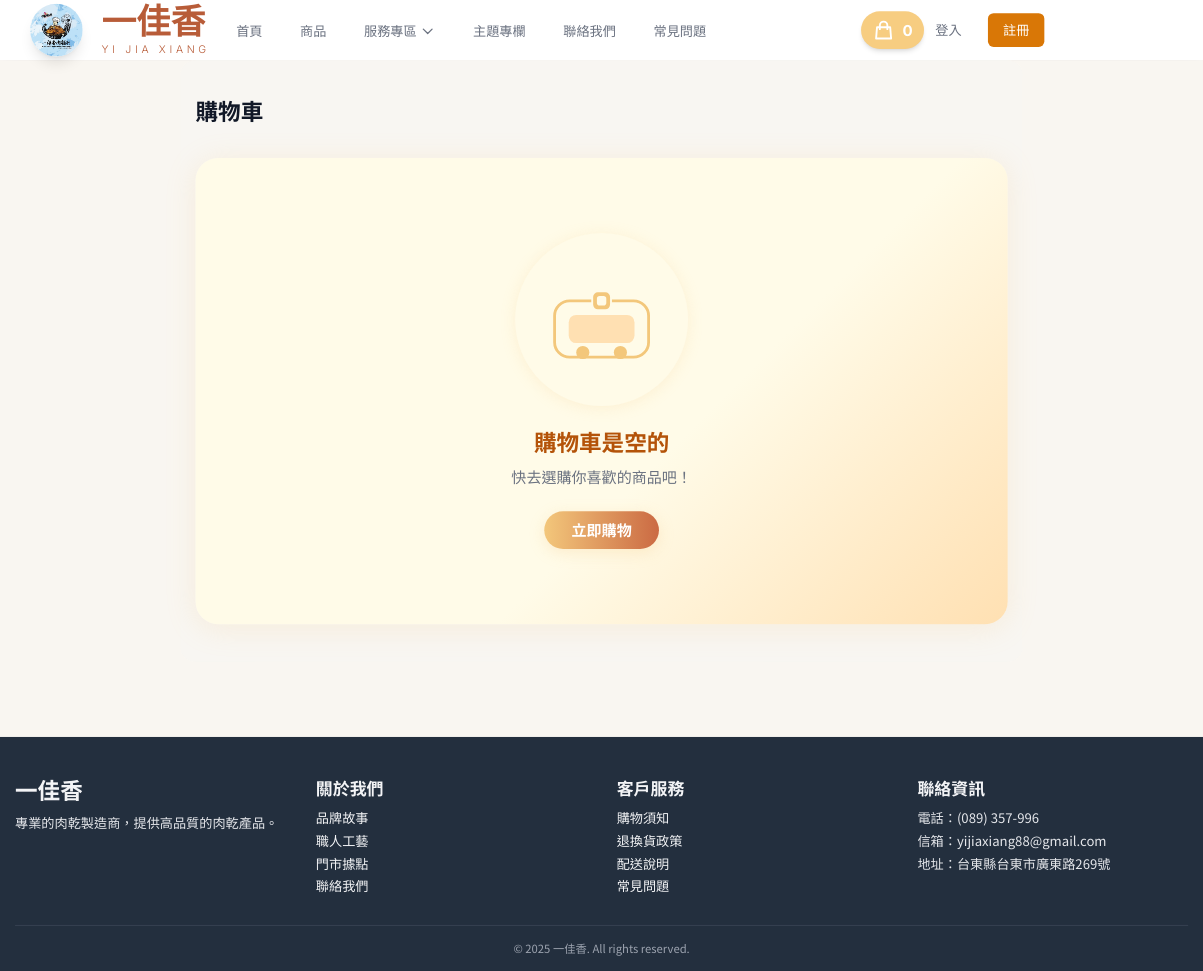
Repository: jack74387/YI-JIA-XIANG
Page: /cart (app in frontend/)
An editor plug-in stored every save of this project. The page is shown before and after the next save, followed by the edit.
The browser window is 1280 px wide. The pictures show the whole page, at 94% of full size.
The page's requests for data from a server got no answer. The project was rebuilt for these pictures with package versions that can differ from the ones it lists, and the page was loaded fresh each time. No one was signed in, and anything a server would have sent is missing. Also part of the build but not shown: frontend/vite.config.ts, frontend/src/components/ArticleBlock.vue, frontend/src/views/HomeView.vue, frontend/src/components/ProductImageGallery.vue, frontend/src/components/ProductInfo.vue, frontend/src/components/ProductTabs.vue, frontend/src/components/ProductAddToCartModal.vue, frontend/src/views/ProductDetailView.vue and 1 more.

Above is the page before, as saved 2025-08-14 08:14:18.

### frontend/index.html
<!DOCTYPE html>
<html lang="zh-TW">
  <head>
    <meta charset="UTF-8">
    <link rel="icon" href="/favicon.ico">
    <meta name="viewport" content="width=device-width, initial-scale=1.0">
    <title>一佳香肉脯行</title>
    <meta name="description" content="一佳香肉脯行是台東知名的肉品加工廠，提供高品質的肉品加工產品，傳承半甲子工藝技術。">
    <meta name="keywords" content="肉品,加工,一佳香,台灣肉品,肉品加工">

    <!-- Open Graph / Facebook -->
    <meta property="og:type" content="website">
    <meta property="og:url" content="https://yijiaxiang.com/">
    <meta property="og:title" content="一佳香肉脯行 - 專業肉品加工廠">
    <meta property="og:description" content="傳承半甲子工藝，提供高品質肉品加工產品">
    <meta property="og:image" content="/images/logo.jpg">

    <!-- Twitter -->
    <meta property="twitter:card" content="summary_large_image">
    <meta property="twitter:url" content="https://yijiaxiang.com/">
    <meta property="twitter:title" content="一佳香肉脯行 - 專業肉品加工廠">
    <meta property="twitter:description" content="傳承半甲子工藝，提供高品質肉品加工產品">
    <meta property="twitter:image" content="/images/logo.jpg">

    <!-- 預載入字體 -->
    <link rel="preconnect" href="https://fonts.googleapis.com">
    <link rel="preconnect" href="https://fonts.gstatic.com" crossorigin>
    <link href="https://fonts.googleapis.com/css2?family=Inter:wght@300;400;500;600;700&family=Noto+Sans+TC:wght@300;400;500;700&display=swap" rel="stylesheet">
  </head>
  <body>
    <div id="app"></div>
    <script type="module" src="/src/main.ts"></script>
  </body>
</html>

### frontend/src/main.ts
import { createApp } from 'vue'
import { createPinia } from 'pinia'
import App from './App.vue'
import router from './router'
import { useAuthStore } from './stores/auth'
import axios from 'axios'
import './style.css'

// 設定 axios 預設配置
axios.defaults.baseURL = import.meta.env.VITE_API_BASE_URL || `${window.location.protocol}//${window.location.hostname}:8000`
axios.defaults.headers.common['Content-Type'] = 'application/json'
axios.defaults.headers.common['Accept'] = 'application/json'
axios.defaults.withCredentials = false // 不使用 cookies

// 添加請求攔截器
axios.interceptors.request.use(
  (config) => {
    // 從 localStorage 獲取 token
    const token = localStorage.getItem('auth_token')
    if (token) {
      config.headers.Authorization = `Bearer ${token}`
    }
    return config
  },
  (error) => {
    return Promise.reject(error)
  }
)

// 添加回應攔截器
axios.interceptors.response.use(
  (response) => {
    return response
  },
  (error) => {
    if (error.response?.status === 401) {
      // Token 無效，清除本地儲存並跳轉到登入頁面
      localStorage.removeItem('auth_token')
      localStorage.removeItem('auth_user')
      window.location.href = '/login'
    }
    return Promise.reject(error)
  }
)

const app = createApp(App)
const pinia = createPinia()

app.use(pinia)
app.use(router)

// 初始化認證狀態
const authStore = useAuthStore()
authStore.initAuth()

app.mount('#app')

### frontend/src/App.vue
<template>
  <div>
    <Navigation v-if="!isAdmin" />
    <Sidebar v-if="!isAdmin" class="lg:hidden" />
    <div class="main-content min-h-screen bg-[#f9f6f1] transition-all duration-300 pb-20">
      <router-view />
    </div>
    <Footer v-if="!isAdmin" />
  </div>
</template>

<script setup lang="ts">
import { onMounted, computed, watch } from 'vue'
import { useRoute } from 'vue-router'
import Navigation from '@/components/Navigation.vue'
import Sidebar from '@/components/Sidebar.vue'
import Footer from '@/components/Footer.vue'
import { useAuthStore } from '@/stores/auth'

const authStore = useAuthStore()
const route = useRoute()
const isAdmin = computed(() => route.path.startsWith('/admin'))

onMounted(() => {
  // 初始化認證狀態
  authStore.initAuth()
})

watch(
  () => route.fullPath,
  () => {
    window.scrollTo(0, 0)
    document.body.scrollTop = 0
    document.documentElement.scrollTop = 0
    const app = document.getElementById('app')
    if (app) app.scrollTop = 0
    const mainLayout = document.querySelector('.main-layout')
    if (mainLayout) (mainLayout as HTMLElement).scrollTop = 0
  }
)
</script>

<style scoped>
/* 保留原有的樣式，但移除導航相關樣式 */
</style>

### frontend/src/style.css
@import url('https://fonts.googleapis.com/css2?family=Inter:wght@300;400;500;600;700&family=Noto+Sans+TC:wght@300;400;500;700&display=swap');

@tailwind base;
@tailwind components;
@tailwind utilities;

@layer base {
  html {
    font-family: 'Inter', 'Noto Sans TC', sans-serif;
  }

  body {
    @apply bg-gray-50 text-gray-900;
  }
}

@layer components {
  .btn-primary {
    @apply bg-primary-600 hover:bg-primary-700 text-white font-medium py-2 px-4 rounded-lg transition-colors duration-200;
  }

  .btn-secondary {
    @apply bg-gray-200 hover:bg-gray-300 text-gray-800 font-medium py-2 px-4 rounded-lg transition-colors duration-200;
  }

  .card {
    @apply bg-white rounded-lg shadow-md p-6;
  }

  .input-field {
    @apply w-full px-3 py-2 border border-gray-300 rounded-lg focus:outline-none focus:ring-2 focus:ring-primary-500 focus:border-transparent;
  }
}

img {
  max-width: 100%;
  height: auto;
  display: block;
}

@media (max-width: 600px) {
  .btn-primary, .btn-secondary, .card, .input-field {
    font-size: 1rem;
    padding-left: 1em;
    padding-right: 1em;
  }
  .card {
    padding: 1em;
  }
}

### frontend/src/components/Navigation.vue
<template>
  <nav class="bg-white shadow-lg">
    <div class="max-w-7xl mx-auto px-4 sm:px-6 lg:px-8">
      <div class="flex justify-between h-16">
        <div class="flex items-center">
          <router-link to="/" class="flex items-center space-x-5">
            <img src="/images/logo.jpg" alt="品牌LOGO" class="h-14 w-14 rounded-full object-cover shadow-lg" />
            <div class="flex flex-col items-start justify-center leading-tight">
              <span
                class="text-[2.3rem] font-black"
                style="font-family: 'Noto Serif TC', 'Microsoft JhengHei', '微軟正黑體', serif; color: #b85c38; line-height: 1;"
              >一佳香</span>
              <span
                class="text-[0.7rem] font-light uppercase tracking-[0.35em] mt-1"
                style="color: #b85c38; letter-spacing: 0.35em; line-height: 1;"
              >YI JIA XIANG</span>
            </div>
          </router-link>
          <div class="hidden sm:ml-6 sm:flex sm:space-x-8">
            <router-link
              to="/"
              class="border-transparent text-gray-500 hover:border-gray-300 hover:text-gray-700 inline-flex items-center px-1 pt-1 border-b-2 text-sm font-medium"
              active-class="border-amber-500 text-gray-900"
            >
              首頁
            </router-link>
            <router-link
              to="/products"
              class="border-transparent text-gray-500 hover:border-gray-300 hover:text-gray-700 inline-flex items-center px-1 pt-1 border-b-2 text-sm font-medium"
              active-class="border-amber-500 text-gray-900"
            >
              商品
            </router-link>
            <!-- 服務專區下拉選單 -->
            <div class="relative" @mouseenter="isServiceMenuOpen = true" @mouseleave="isServiceMenuOpen = false">
              <button
                class="border-transparent text-gray-500 hover:border-gray-300 hover:text-gray-700 inline-flex items-center px-1 pt-1 border-b-2 text-sm font-medium focus:outline-none"
                type="button"
              >
                服務專區
                <svg class="ml-1 w-4 h-4" fill="none" stroke="currentColor" viewBox="0 0 24 24">
                  <path stroke-linecap="round" stroke-linejoin="round" stroke-width="2" d="M19 9l-7 7-7-7" />
                </svg>
              </button>
              <div
                v-show="isServiceMenuOpen"
                class="absolute left-0 top-full mt-0 rounded-xl shadow-lg bg-white ring-1 ring-black ring-opacity-5 z-50 block px-4 py-3 min-w-[220px]"
              >
                  <router-link to="/line-friend" class="service-link block w-full text-left">LINE好友專區</router-link>
                  <router-link to="/group-order" class="service-link block w-full text-left">團購/企業訂購</router-link>
                  <router-link to="/gift" class="service-link block w-full text-left">禮盒加值服務</router-link>
                  <router-link to="/food-trace" class="service-link block w-full text-left">食品履歷查詢</router-link>
                  <router-link to="/store-locator" class="service-link block w-full text-left">門市據點</router-link>
                  <div class="h-px bg-gray-200 my-2"></div>
              </div>
            </div>
            <!-- 主題專欄 -->
            <router-link
              to="/articles"
              class="border-transparent text-gray-500 hover:border-gray-300 hover:text-gray-700 inline-flex items-center px-1 pt-1 border-b-2 text-sm font-medium"
              active-class="border-amber-500 text-gray-900"
            >
              主題專欄
            </router-link>
            <!-- 其他主選單 -->
            <router-link
              to="/contact"
              class="border-transparent text-gray-500 hover:border-gray-300 hover:text-gray-700 inline-flex items-center px-1 pt-1 border-b-2 text-sm font-medium"
              active-class="border-amber-500 text-gray-900"
            >
              聯絡我們
            </router-link>
            <router-link
              to="/faq"
              class="border-transparent text-gray-500 hover:border-gray-300 hover:text-gray-700 inline-flex items-center px-1 pt-1 border-b-2 text-sm font-medium"
              active-class="border-amber-500 text-gray-900"
            >
              常見問題
            </router-link>
          </div>
        </div>

        <div class="hidden sm:ml-6 sm:flex sm:items-center">
          <!-- 購物車 -->
          <router-link
            to="/cart"
            class="flex items-center px-3 py-1 bg-[#f7cd81] rounded-full shadow-md hover:bg-[#f5c46a] transition-colors duration-200 group"
            style="min-width:64px; min-height:40px;"
          >
            <svg class="h-6 w-6 text-white mr-2" fill="none" viewBox="0 0 24 24" stroke="currentColor">
              <path stroke-linecap="round" stroke-linejoin="round" stroke-width="2" d="M16 11V7a4 4 0 00-8 0v4M5 9h14l1 12H4L5 9z" />
            </svg>
            <span class="text-white text-base font-bold select-none">{{ cartStore.itemCount }}</span>
          </router-link>

          <!-- 用戶選單 -->
          <div v-if="authStore.isAuthenticated" class="ml-3 relative user-menu">
            <div>
              <button
                @click="toggleUserMenu"
                class="max-w-xs bg-white flex items-center text-sm rounded-full focus:outline-none focus:ring-2 focus:ring-offset-2 focus:ring-amber-500"
              >
                <div class="h-8 w-8 rounded-full bg-amber-600 flex items-center justify-center text-white font-medium">
                  {{ authStore.userInitials }}
                </div>
                <span class="ml-2 text-gray-700">{{ authStore.user?.name }}</span>
                <svg class="ml-1 h-4 w-4 text-gray-400" fill="none" viewBox="0 0 24 24" stroke="currentColor">
                  <path stroke-linecap="round" stroke-linejoin="round" stroke-width="2" d="M19 9l-7 7-7-7" />
                </svg>
              </button>
            </div>

            <!-- 下拉選單 -->
            <div
              v-show="isUserMenuOpen"
              class="origin-top-right absolute right-0 mt-2 w-48 rounded-md shadow-lg py-1 bg-white ring-1 ring-black ring-opacity-5 focus:outline-none z-50"
              @click.stop
            >
              <router-link
                to="/profile"
                class="block px-4 py-2 text-sm text-gray-700 hover:bg-gray-100"
                @click="closeUserMenu"
              >
                個人資料
              </router-link>
              <router-link
                to="/orders"
                class="block px-4 py-2 text-sm text-gray-700 hover:bg-gray-100"
                @click="closeUserMenu"
              >
                我的訂單
              </router-link>
              <router-link
                to="/points"
                class="block px-4 py-2 text-sm text-gray-700 hover:bg-gray-100"
                @click="closeUserMenu"
              >
                我的點數
              </router-link>
              <router-link
                to="/coupon"
                class="block px-4 py-2 text-sm text-gray-700 hover:bg-gray-100"
                @click="closeUserMenu"
              >
                我的優惠券
              </router-link>
              <router-link
                to="/member-center"
                class="block px-4 py-2 text-sm text-gray-700 hover:bg-gray-100"
                @click="closeUserMenu"
              >
                會員中心
              </router-link>
              <div class="border-t border-gray-100"></div>
              <button
                @click="handleLogout"
                class="flex items-center w-full text-left px-4 py-2 text-sm text-red-600 hover:bg-red-50 hover:text-red-700 transition-colors duration-200"
              >
                <svg class="w-4 h-4 mr-2" fill="none" stroke="currentColor" viewBox="0 0 24 24">
                  <path stroke-linecap="round" stroke-linejoin="round" stroke-width="2" d="M17 16l4-4m0 0l-4-4m4 4H7m6 4v1a3 3 0 01-3 3H6a3 3 0 01-3-3V7a3 3 0 013-3h4a3 3 0 013 3v1" />
                </svg>
                登出
              </button>
            </div>
          </div>

          <!-- 登入/註冊按鈕 -->
          <div v-else class="flex space-x-4">
            <router-link
              to="/login"
              class="text-gray-500 hover:text-gray-700 px-3 py-2 rounded-md text-sm font-medium"
            >
              登入
            </router-link>
            <router-link
              to="/register"
              class="bg-amber-600 hover:bg-amber-700 text-white px-4 py-2 rounded-md text-sm font-medium"
            >
              註冊
            </router-link>
          </div>
        </div>

        <!-- 手機版選單按鈕，改為觸發 Sidebar.vue -->
        <Sidebar />
      </div>
    </div>

    <!-- 登出確認對話框 -->
    <LogoutConfirmDialog
      :show="showLogoutDialog"
      @close="showLogoutDialog = false"
    />
  </nav>
</template>

<script setup lang="ts">
import { ref, onMounted, onUnmounted } from 'vue'
import { useRouter } from 'vue-router'
import { useAuthStore } from '@/stores/auth'
import { useCartStore } from '@/stores/cart'
import LogoutConfirmDialog from './LogoutConfirmDialog.vue'
// 1. 匯入 Sidebar.vue
import Sidebar from './Sidebar.vue'

const router = useRouter()
const authStore = useAuthStore()
const cartStore = useCartStore()

const isUserMenuOpen = ref(false)
const isServiceMenuOpen = ref(false)
const showLogoutDialog = ref(false)

const toggleUserMenu = () => {
  isUserMenuOpen.value = !isUserMenuOpen.value
}

const closeUserMenu = () => {
  isUserMenuOpen.value = false
}

const handleLogout = () => {
  // 顯示登出確認對話框
  showLogoutDialog.value = true
  isUserMenuOpen.value = false
}

// 處理點擊外部關閉用戶選單
const handleClickOutside = (event: Event) => {
  const userMenu = document.querySelector('.user-menu')
  if (userMenu && !userMenu.contains(event.target as Node)) {
    isUserMenuOpen.value = false
  }
}

// 在組件掛載時添加事件監聽器
onMounted(() => {
  document.addEventListener('click', handleClickOutside)
})

// 在組件卸載時移除事件監聽器
onUnmounted(() => {
  document.removeEventListener('click', handleClickOutside)
})
</script>

<style scoped>
/* 讓 logo 與品牌文字更貼近，品牌文字更像圖片 */
.service-link {
  color: #7c5a1a;
  font-size: 1rem;
  font-weight: 600;
  border-radius: 0.8em;
  padding: 0.7em 1.1em;
  text-decoration: none;
  transition: color 0.18s, text-decoration 0.18s;
  margin: 0.1em 0;
  display: block;
  letter-spacing: 0.01em;
}
.service-link:hover, .service-link.router-link-active {
  color: #b8860b;
  text-decoration: underline;
  background: none;
  box-shadow: none;
}
.divider {
  height: 1px;
  background: #f3e9d2;
  margin: 0.1em 0;
}
</style>

### frontend/src/stores/adminAuth.ts
import { defineStore } from 'pinia'
import axios from 'axios'

export const useAdminAuthStore = defineStore('adminAuth', {
  state: () => ({
    isAuthenticated: false,
    token: '',
    user: null as null | { id: number; name: string; email: string },
  }),
  actions: {
    async initAuth() {
      // 嘗試從 localStorage 讀取 admin token
      const token = localStorage.getItem('admin_token')
      if (token) {
        try {
          // 驗證 token 是否有效
          const response = await axios.get('/api/v1/auth/user', {
            headers: {
              'Authorization': `Bearer ${token}`
            }
          })

          if (response.data.success) {
            this.token = token
            this.isAuthenticated = true
            this.user = response.data.user

            // 設置 axios 默認 header
            axios.defaults.headers.common['Authorization'] = `Bearer ${token}`
          } else {
            // Token 無效，清除
            this.logout()
          }
        } catch (error) {
          console.error('Token validation failed:', error)
          // Token 無效，清除
          this.logout()
        }
      } else {
        this.isAuthenticated = false
        this.token = ''
        this.user = null
      }
    },
    setAuth(token: string, user: any) {
      this.token = token
      this.isAuthenticated = true
      this.user = user
      localStorage.setItem('admin_token', token)

      // 設置 axios 默認 header
      axios.defaults.headers.common['Authorization'] = `Bearer ${token}`
    },
    logout() {
      this.token = ''
      this.isAuthenticated = false
      this.user = null
      localStorage.removeItem('admin_token')

      // 清除 axios 默認 header
      delete axios.defaults.headers.common['Authorization']
    }
  }
})

### frontend/src/components/SidebarLink.vue
<template>
  <router-link :to="to" class="sidebar-link" active-class="active" @click.native="$emit('close')">
    <span class="icon">
      <component :is="iconComponent" class="w-6 h-6" />
    </span>
    <span class="label">{{ label }}</span>
  </router-link>
</template>

<script setup lang="ts">
import { computed } from 'vue'
import { HomeIcon, ShoppingBagIcon, SparklesIcon, ChatBubbleLeftEllipsisIcon, PhoneIcon, MapIcon, GiftIcon, UsersIcon, ChatBubbleLeftRightIcon } from '@heroicons/vue/24/outline'

const props = defineProps<{ icon: string, to: string, label: string }>()

const iconMap: Record<string, any> = {
  home: HomeIcon,
  'shopping-bag': ShoppingBagIcon,
  sparkles: SparklesIcon,
  'chat-bubble-left-ellipsis': ChatBubbleLeftEllipsisIcon,
  phone: PhoneIcon,
  map: MapIcon,
  gift: GiftIcon,
  users: UsersIcon,
  'chat-bubble-left-right': ChatBubbleLeftRightIcon,
}
const iconComponent = computed(() => iconMap[props.icon] || HomeIcon)
</script>

<style scoped>
.sidebar-link {
  display: flex;
  align-items: center;
  gap: 1rem;
  padding: 0.75rem 1.2rem;
  border-radius: 1em;
  color: #a67c00;
  font-weight: 600;
  font-size: 1.08rem;
  transition: background 0.18s, color 0.18s, box-shadow 0.18s;
  text-decoration: none;
}
.sidebar-link:hover, .sidebar-link.active {
  background: #fffbe9;
  color: #b8860b;
  box-shadow: 0 2px 8px #ffe9b2aa;
}
.icon {
  display: flex;
  align-items: center;
  justify-content: center;
}
.label {
  flex: 1;
}
</style>

### frontend/src/utils/imageUtils.ts
/**
 * 統一的圖片 URL 處理函數
 * 處理前端和後端之間的圖片路徑轉換
 */
export function getImageUrl(imagePath: string | undefined | null): string {
  console.log('=== imageUtils Debug ===')
  console.log('Input imagePath:', imagePath)
  console.log('imagePath type:', typeof imagePath)

  if (!imagePath) {
    console.log('imagePath is empty, returning empty string')
    return ''
  }

  // 獲取 API 基礎 URL，優先使用環境變數
  const apiBaseUrl = import.meta.env.VITE_API_BASE_URL || 'http://localhost:8000'
  console.log('apiBaseUrl:', apiBaseUrl)
  console.log('VITE_API_BASE_URL:', import.meta.env.VITE_API_BASE_URL)

  // 如果已經是完整的 HTTP URL，直接返回
  if (imagePath.startsWith('http')) {
    console.log('imagePath starts with http, returning as is:', imagePath)
    return imagePath
  }

  // 處理錯誤格式：/https://... (後端返回的 Cloudinary URL 前面多了一個 /)
  if (imagePath.startsWith('/http')) {
    const correctedPath = imagePath.substring(1) // 移除開頭的 /
    console.log('imagePath starts with /http, corrected to:', correctedPath)
    return correctedPath
  }

  // 處理 /storage 路徑
  if (imagePath.startsWith('/storage')) {
    const result = `${apiBaseUrl}${imagePath}`
    console.log('imagePath starts with /storage, result:', result)
    return result
  }

  // 如果是相對路徑，加上後端基礎 URL
  if (imagePath.startsWith('/')) {
    const result = `${apiBaseUrl}${imagePath}`
    console.log('imagePath starts with /, result:', result)
    return result
  }

  // 其他情況，直接返回原路徑
  console.log('returning original imagePath:', imagePath)
  return imagePath
}

/**
 * 檢查圖片是否載入成功
 */
export function checkImageLoad(url: string): Promise<boolean> {
  return new Promise((resolve) => {
    const img = new Image()
    img.onload = () => resolve(true)
    img.onerror = () => resolve(false)
    img.src = url
  })
}

/**
 * 獲取圖片尺寸
 */
export function getImageDimensions(url: string): Promise<{ width: number; height: number }> {
  return new Promise((resolve, reject) => {
    const img = new Image()
    img.onload = () => {
      resolve({ width: img.naturalWidth, height: img.naturalHeight })
    }
    img.onerror = () => {
      reject(new Error('圖片載入失敗'))
    }
    img.src = url
  })
}

Loaded but not shown: frontend/tailwind.config.js (41 lines, source omitted); frontend/src/stores/auth.ts (432 lines, source omitted); frontend/src/components/Sidebar.vue (171 lines, source omitted); frontend/src/views/CartView.vue (268 lines, source omitted); frontend/src/router/index.ts (286 lines, source omitted); frontend/src/stores/cart.ts (123 lines, source omitted); frontend/src/components/LogoutConfirmDialog.vue (90 lines, source omitted); frontend/src/components/Footer.vue (61 lines, source omitted)

After the next save:
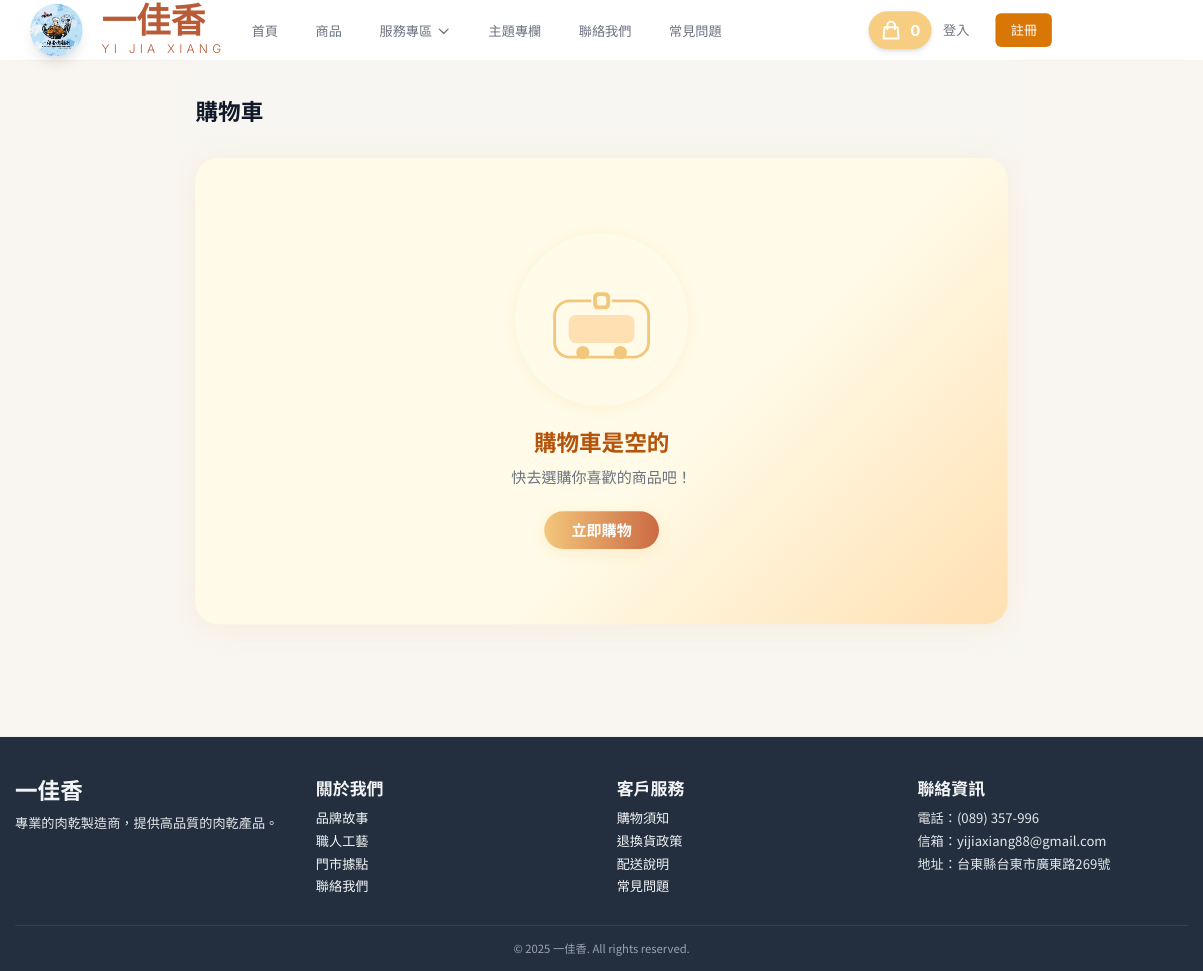
Saved 13 s later.
--- a/frontend/src/components/Navigation.vue
+++ b/frontend/src/components/Navigation.vue
@@ -11,7 +11,7 @@
                 style="font-family: 'Noto Serif TC', 'Microsoft JhengHei', '微軟正黑體', serif; color: #b85c38; line-height: 1;"
               >一佳香</span>
               <span
-                class="text-[0.7rem] font-light uppercase tracking-[0.35em] mt-1"
+                class="text-[0.8rem] font-light uppercase tracking-[0.35em] mt-1"
                 style="color: #b85c38; letter-spacing: 0.35em; line-height: 1;"
               >YI JIA XIANG</span>
             </div>
